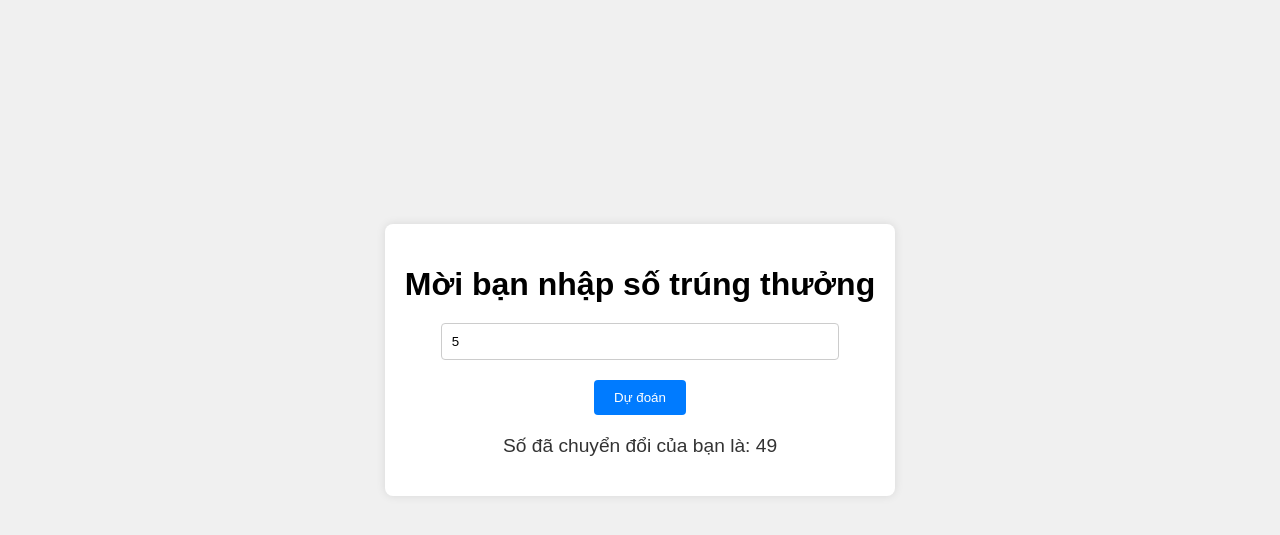
Repository: hieuche123/celiominigame
Page: index.html
These files come from the project's save history. The page is drawn as it stood at one moment and after the next save; the edit follows.
The browser window is 1280 px wide. The pictures show the whole page.
Empty fields were first filled with sample values (such as "Sample", 5 or name@example.com).
After loading, the first visible `button` was clicked once.

Above is the page before, as saved 2024-06-03 20:50:33.

After the next save:
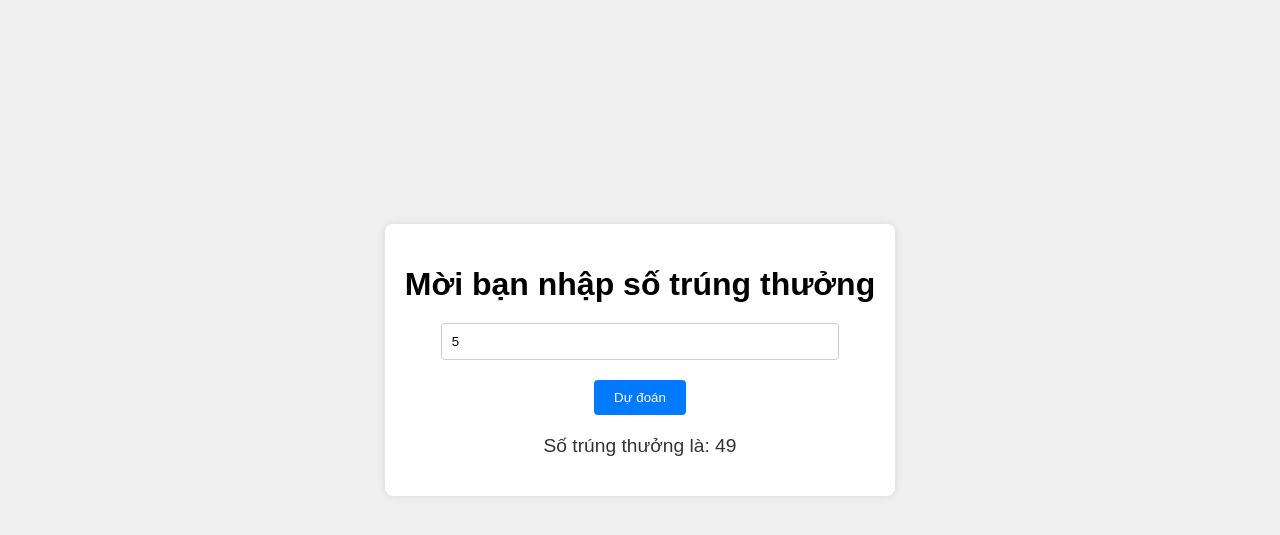
Saved 44 s later.
--- a/script.js
+++ b/script.js
@@ -8,7 +8,7 @@ function transformNumber() {
     }
 
     var transformedNumber = generateDifferentNumber(userNumber);
-    resultElement.textContent = "Số đã chuyển đổi của bạn là: " + transformedNumber;
+    resultElement.textContent = "Số trúng thưởng là: " + transformedNumber;
 }
 
 function generateDifferentNumber(userNumber) {
